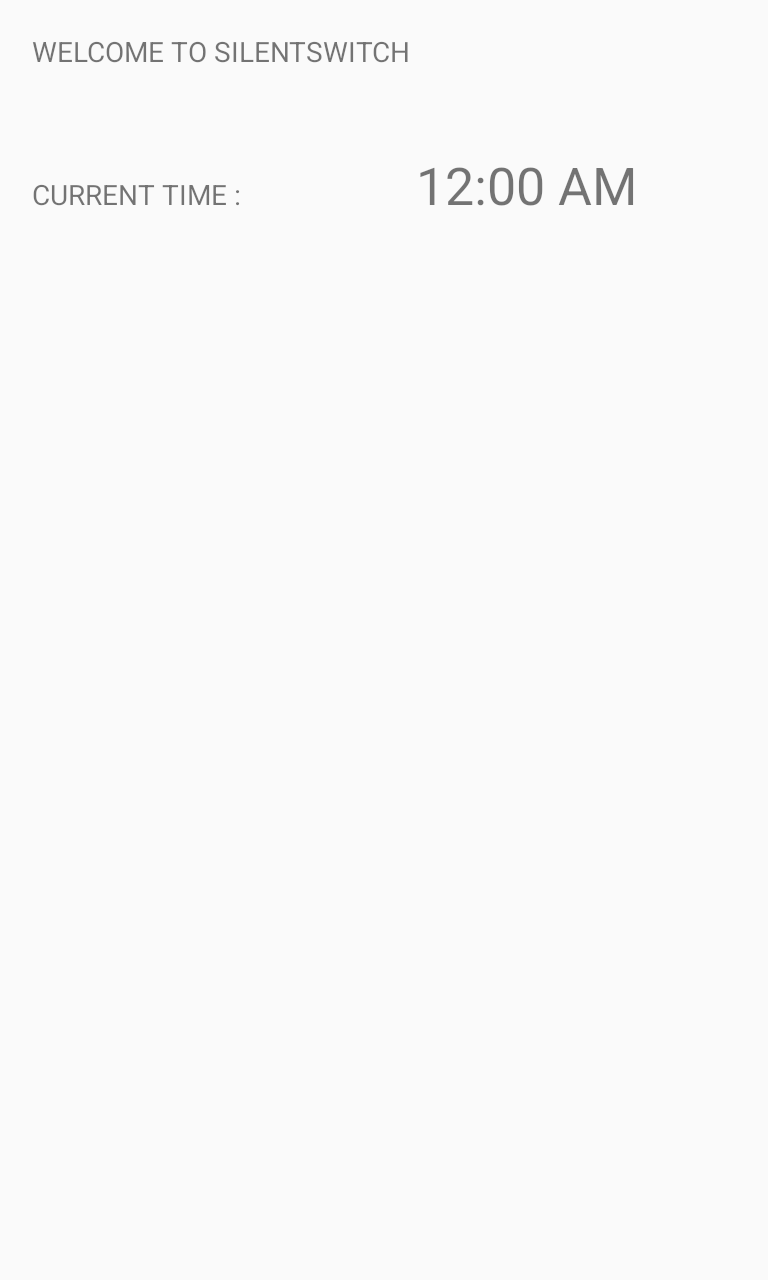
Repository: karakor/SilentSwitch2
Layout: SilentSwitch/res/layout/activity_alarm.xml
These files come from the project's save history. The layout is drawn as it stood at one moment and after the next save; the edit follows.
It is drawn on a 768 x 1280 px phone screen (xhdpi) without system bars, with theme AppTheme; the app's code is not run.

Above is the layout before, as saved 2015-03-02 10:52:57.

### SilentSwitch/res/layout/activity_alarm.xml
<RelativeLayout xmlns:android="http://schemas.android.com/apk/res/android"
    xmlns:tools="http://schemas.android.com/tools"
    android:layout_width="match_parent"
    android:layout_height="match_parent"
    android:paddingBottom="@dimen/activity_vertical_margin"
    android:paddingLeft="@dimen/activity_horizontal_margin"
    android:paddingRight="@dimen/activity_horizontal_margin"
    android:paddingTop="@dimen/activity_vertical_margin"
    tools:context="com.example.silentswitch.AlarmScreen" >

    <TextView
        android:id="@+id/textView1"
        android:layout_width="wrap_content"
        android:layout_height="wrap_content"
        android:text="@string/hello_world" />

    <DigitalClock
        android:id="@+id/digitalClock1"
        android:layout_width="wrap_content"
        android:layout_height="wrap_content"
        android:layout_alignParentRight="true"
        android:layout_below="@+id/textView1"
        android:layout_marginTop="40dp"
        android:digits="8"
        android:text="@string/digital_clc"
        android:textSize="26sp"
        android:width="160dp" />

    <TextView
        android:id="@+id/current_time"
        android:layout_width="wrap_content"
        android:layout_height="wrap_content"
        android:layout_alignBaseline="@+id/digitalClock1"
        android:layout_alignBottom="@+id/digitalClock1"
        android:layout_alignLeft="@+id/textView1"
        android:text="@string/current_txt"
        android:textAppearance="?android:attr/textAppearanceSmall" />

</RelativeLayout>

### SilentSwitch/res/values/strings.xml
<?xml version="1.0" encoding="utf-8"?>
<resources>

    <string name="app_name">SilentSwitch</string>
    <string name="hello_world">WELCOME TO SILENTSWITCH</string>
    <string name="action_settings">Settings</string>
    <string name="Alarm_btn">ALARM</string>
    <string name="Map_btn">MAP</string>
    <string name="title_activity_map__screen">Map_Screen</string>
    <string name="btn_City">City</string>
    <string name="str_rb_normal">Normal</string>
    <string name="str_rb_satellite">Satellite</string>
    <string name="menu_settings">Settings</string>
    <string name="str_rb_terrain">Terrain</string>
    <string name="title_activity_alarm_screen">AlarmScreen</string>
    <string name="digital_clc"/>
    <string name="current_txt">CURRENT TIME : </string>

</resources>

Loaded but not shown: SilentSwitch/res/values/styles.xml (common file); SilentSwitch/res/values-v11/styles.xml (common file); SilentSwitch/res/values-v14/styles.xml (common file); SilentSwitch/res/values/dimens.xml (common file); SilentSwitch/res/values-w820dp/dimens.xml (common file)

After the next save:
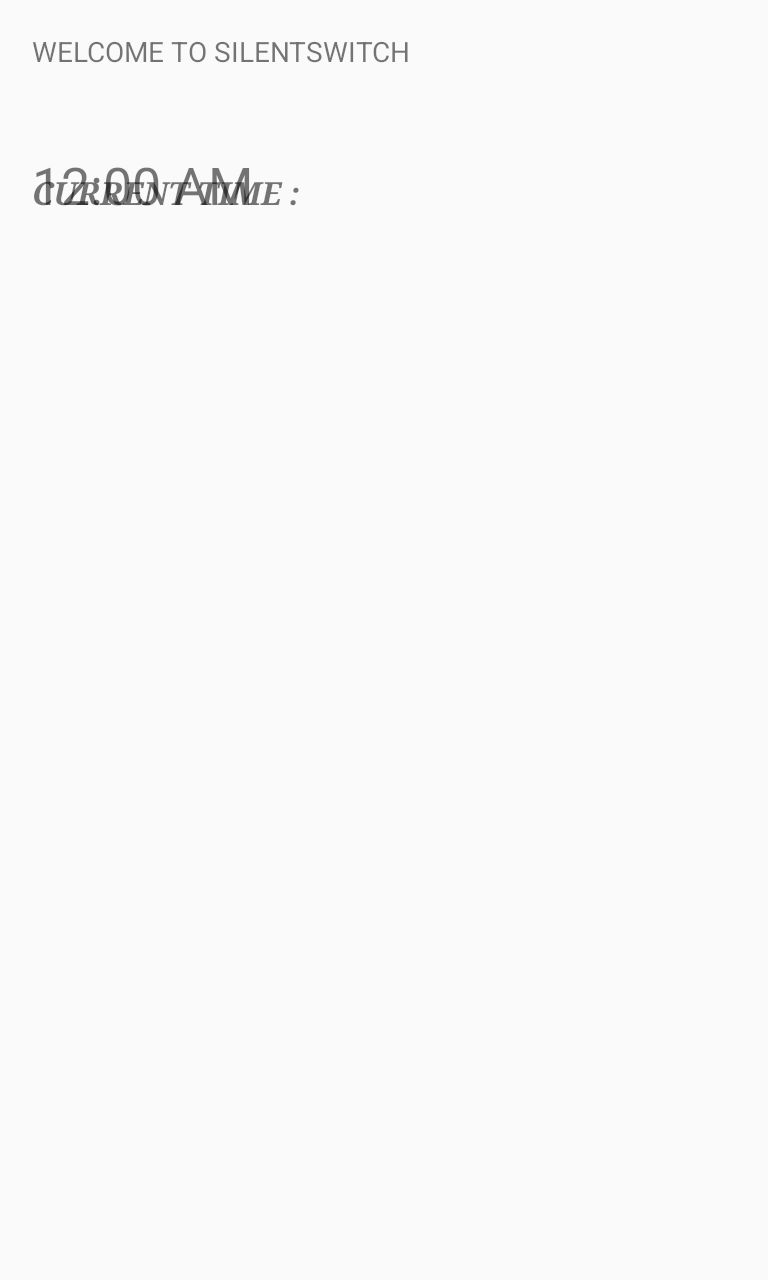
Saved 3 min 20 s later.
--- a/SilentSwitch/res/layout/activity_alarm.xml
+++ b/SilentSwitch/res/layout/activity_alarm.xml
@@ -14,18 +14,6 @@
         android:layout_height="wrap_content"
         android:text="@string/hello_world" />
 
-    <DigitalClock
-        android:id="@+id/digitalClock1"
-        android:layout_width="wrap_content"
-        android:layout_height="wrap_content"
-        android:layout_alignParentRight="true"
-        android:layout_below="@+id/textView1"
-        android:layout_marginTop="40dp"
-        android:digits="8"
-        android:text="@string/digital_clc"
-        android:textSize="26sp"
-        android:width="160dp" />
-
     <TextView
         android:id="@+id/current_time"
         android:layout_width="wrap_content"
@@ -34,6 +22,21 @@
         android:layout_alignBottom="@+id/digitalClock1"
         android:layout_alignLeft="@+id/textView1"
         android:text="@string/current_txt"
-        android:textAppearance="?android:attr/textAppearanceSmall" />
+        android:textAppearance="?android:attr/textAppearanceSmall"
+        android:textSize="16sp"
+        android:textStyle="bold|italic"
+        android:typeface="serif" />
+
+    <DigitalClock
+        android:id="@+id/digitalClock1"
+        android:layout_width="wrap_content"
+        android:layout_height="wrap_content"
+        android:layout_alignParentRight="false"
+        android:layout_below="@+id/textView1"
+        android:layout_marginTop="40dp"
+        android:digits="8"
+        android:text="@string/digital_clc"
+        android:textSize="26sp"
+        android:width="160dp" />
 
 </RelativeLayout>
